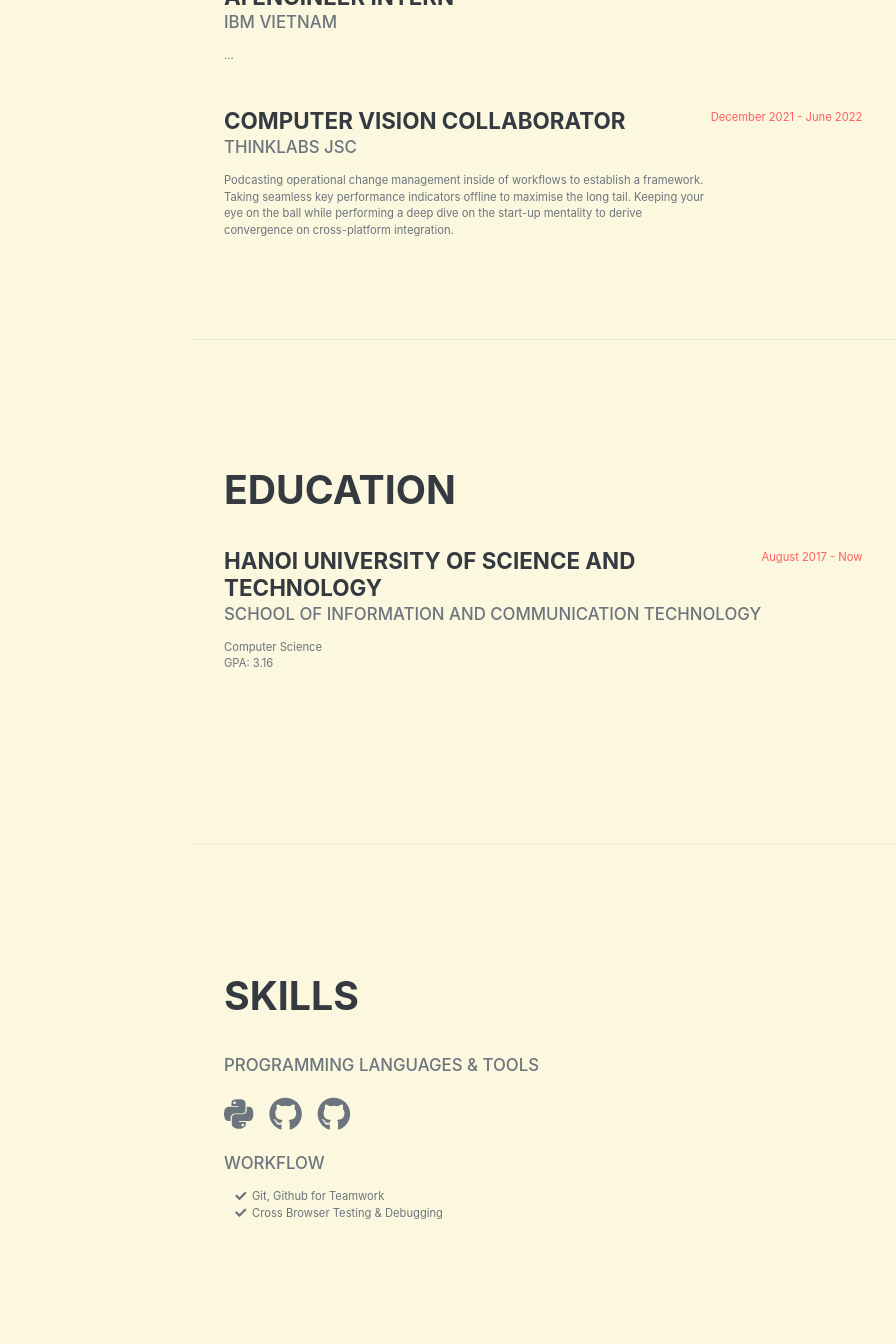
Repository: nguyenlcc/Online-CV
Page: index.html
These files come from the project's save history. The page is drawn as it stood at one moment and after the next save; the edit follows.
The browser window is 1280 px wide. The pictures show the part of the page from y = 1118 to 3038 px (the page is 5208 px tall before and 5136 px after), at 70% of full size.
Some web fonts or font styles are not loaded; a fallback is used. Some web libraries are served in a nearby version.

Above is the page before, as saved 2022-05-23 01:53:15.

After the next save:
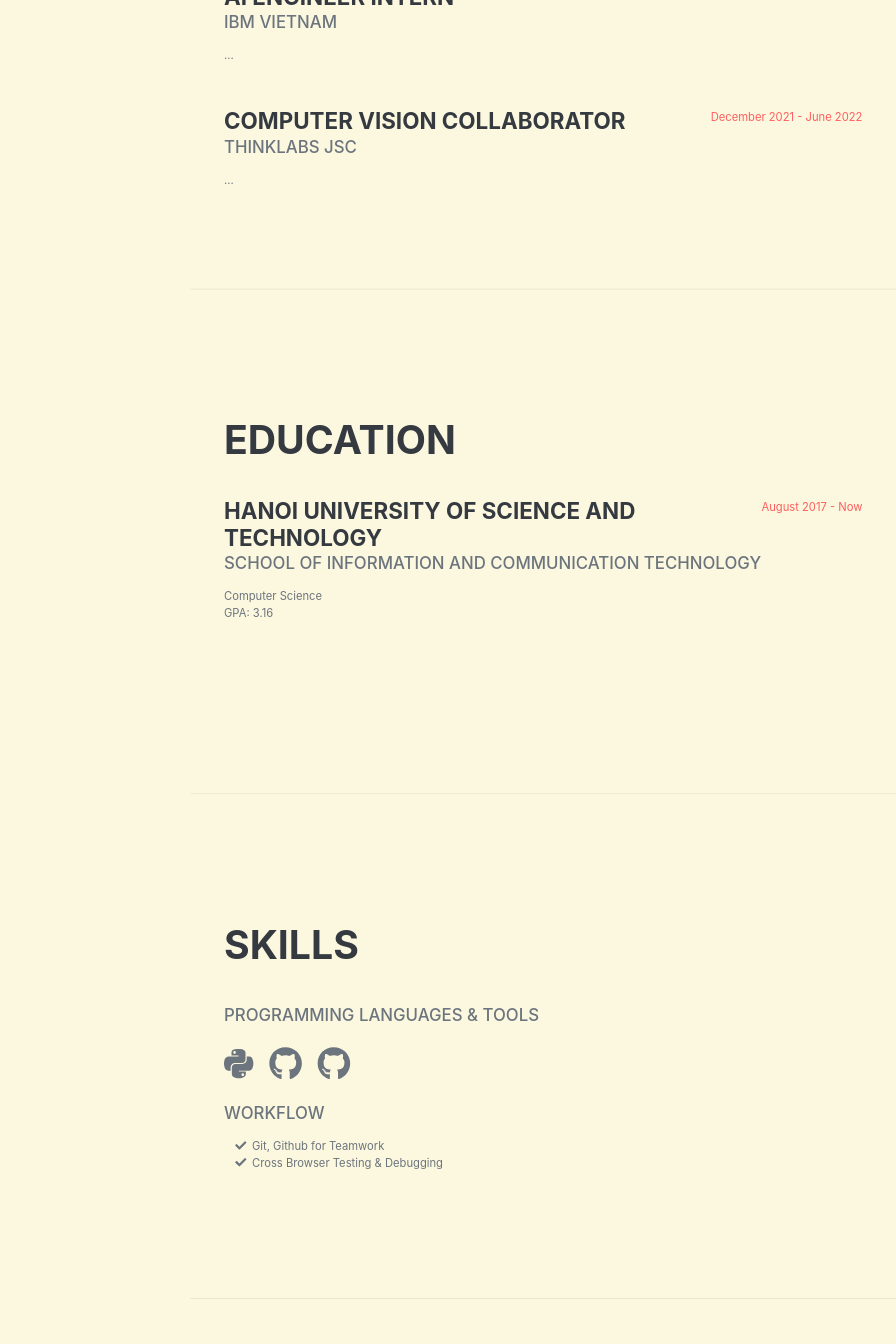
Saved 11 s later.
--- a/index.html
+++ b/index.html
@@ -161,11 +161,7 @@
               <h3 class="mb-0">Computer Vision Collaborator</h3>
               <div class="subheading mb-3">ThinkLABs JSC</div>
               <p>
-                Podcasting operational change management inside of workflows to
-                establish a framework. Taking seamless key performance
-                indicators offline to maximise the long tail. Keeping your eye
-                on the ball while performing a deep dive on the start-up
-                mentality to derive convergence on cross-platform integration.
+                ...
               </p>
             </div>
             <div class="flex-shrink-0">
